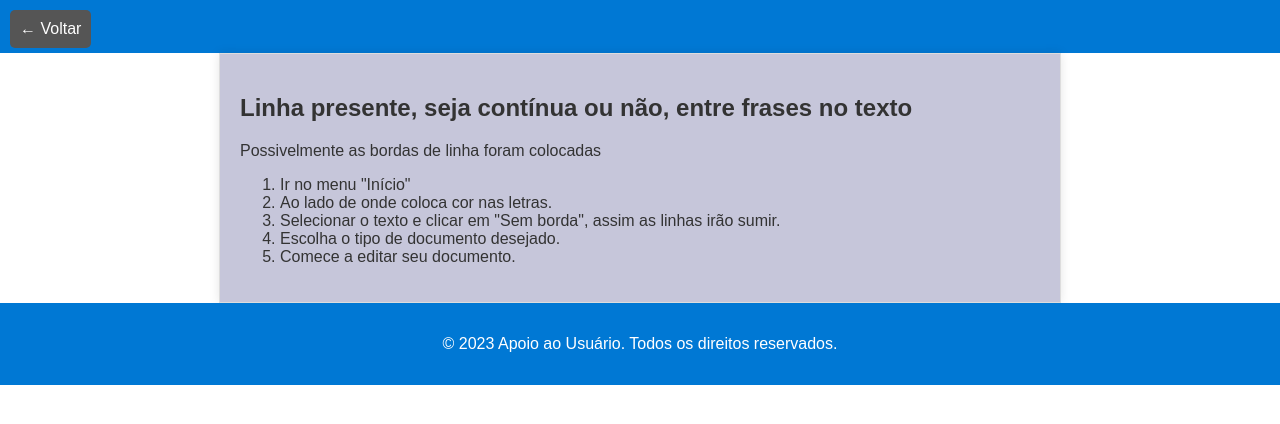
Repository: I4guito/dicasdez
Page: Dicas site/office365 tutoriais/wordtutoriais/Linha presente.html
The author's editor kept a copy of each file at every save. The page is drawn from the files as they stood at one save, then again after the next save.
The browser window is 1280 px wide. The pictures show the whole page.

Above is the page before, as saved 2023-12-01 11:07:04.

### Dicas site/office365 tutoriais/wordtutoriais/Linha presente.html
<!DOCTYPE html>
<html lang="pt-br">
<head>
    <meta charset="UTF-8">
    <meta name="viewport" content="width=device-width, initial-scale=1.0">
    <link rel="stylesheet" href="ztutor.css">
    <script src="/Dicas site/office365 tutoriais/wordtutoriais/tutors.js"></script>
    <title>Tutoriak</title>
</head>
<body>
    <header>
        <a href="javascript:history.back()" class="voltar-btn">&#8592; Voltar</a>
        <h1></h1>

    </header>

<div class="container">
    <section class="tutorial-content">

        <h2>Linha presente, seja contínua ou não, entre frases no texto</h2>
        <p>Possivelmente as bordas de linha foram colocadas</p>
        <ol>
            <li>Ir no menu "Início"</li>
            <li>Ao lado de onde coloca cor nas letras.</li>
            <li> Selecionar o texto e clicar em "Sem borda", assim as linhas irão sumir.</li>
            <li>Escolha o tipo de documento desejado.</li>
            <li>Comece a editar seu documento.</li>
        </ol>
    </section>
</div>

    <footer>
        <p>&copy; 2023 Apoio ao Usuário. Todos os direitos reservados.</p>
    </footer>
</body>
</html>

### Dicas site/office365 tutoriais/wordtutoriais/ztutor.css
body {
    font-family: 'Arial', sans-serif;
    margin: 0;
    padding: 0;
}

header {
    background-color: #0078D4;
    color: white;
    text-align: center;
    padding: 1rem;
}

header img {
    max-width: 100px;
    margin-top: 10px;
}

.container {
    max-width: 800px;
    margin: 0 auto;
    background-color: rgb(198, 198, 218);
    padding: 20px;
    box-shadow: 0 0 10px rgba(0, 0, 0, 0.1);
    border: 1px solid #ddd;
    color: #333;
}

.problems-list {
    max-width: 600px;
    margin: 20px auto;
    padding: 20px;
    border: 1px solid #ddd;
    border-radius: 5px;
}

.problems-list h2 {
    color: #0078D4;
}

.problems-list ul {
    list-style-type: none;
    padding: 0;
}

.problems-list li {
    margin: 10px 0;
    border-bottom: 1px solid #ddd;
    padding: 10px;
    background-color: #53616b;
}

.problems-list li:last-child {
    border-bottom: none; /
}

.problems-list a {
    text-decoration: none;
    color: #0078D4;
    transition: color 0.3s;
}

.problems-list a:hover {
    color: #004377;
}

footer {
    background-color: #0078D4;
    color: white;
    text-align: center;
    padding: 1rem;
}

.link-instrucoes {
    font-family:cursive;
    width: 50px;
    left: 10px;
    text-decoration: none;
    color: #fff;
    font-size: 25px;
    padding: 3px;
    background-color: #555;
    border: none;
    border-radius: 10px;
    cursor: pointer;
    transition:  background-color 0.3s;
}

.link-instrucoes:hover {
    background-color:#777
}


.voltar-btn {
    position: absolute;
    left: 10px;
    top: 10px;
    text-decoration: none;
    color: #fff;
    font-size: 16px;
    padding: 10px;
    background-color: #555;
    border: none;
    border-radius: 5px;
    cursor: pointer;
    transition: background-color 0.3s;
}

.voltar-btn:hover {
    background-color: #777;
}


.step {
    max-width: 800px;
    margin: 0 auto;
    background-color: #333;
    padding: 20px;
    box-shadow: 0 0 10px rgba(0, 0, 0, 0.1);
    border: 1px solid #ddd;
    color: #333;
    margin-bottom: 40px;
    padding: 20px;
    border-radius: 8px;
    box-shadow: 0 4px 8px rgba(0, 0, 0, 0.1);
}

### Dicas site/office365 tutoriais/wordtutoriais/tutors.js

const isOpera = navigator.userAgent.indexOf("OPR") > -1;


if (isOpera) {
  document.addEventListener("DOMContentLoaded", function () {
    document.querySelector("body").style.backgroundColor = "#005c4b";
    document.querySelector(".container").style.color = "#333";
    document.querySelector(".container").style.backgroundColor = "#006c6d";
  });
}

After the next save:
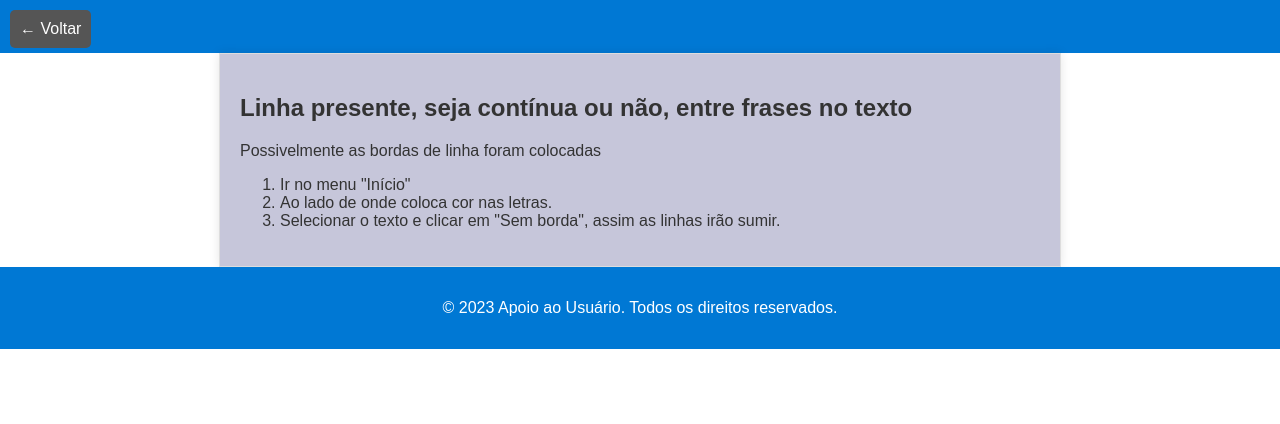
Saved 1 s later.
--- a/Dicas site/office365 tutoriais/wordtutoriais/Linha presente.html
+++ b/Dicas site/office365 tutoriais/wordtutoriais/Linha presente.html
@@ -23,8 +23,7 @@
             <li>Ir no menu "Início"</li>
             <li>Ao lado de onde coloca cor nas letras.</li>
             <li> Selecionar o texto e clicar em "Sem borda", assim as linhas irão sumir.</li>
-            <li>Escolha o tipo de documento desejado.</li>
-            <li>Comece a editar seu documento.</li>
+
         </ol>
     </section>
 </div>
